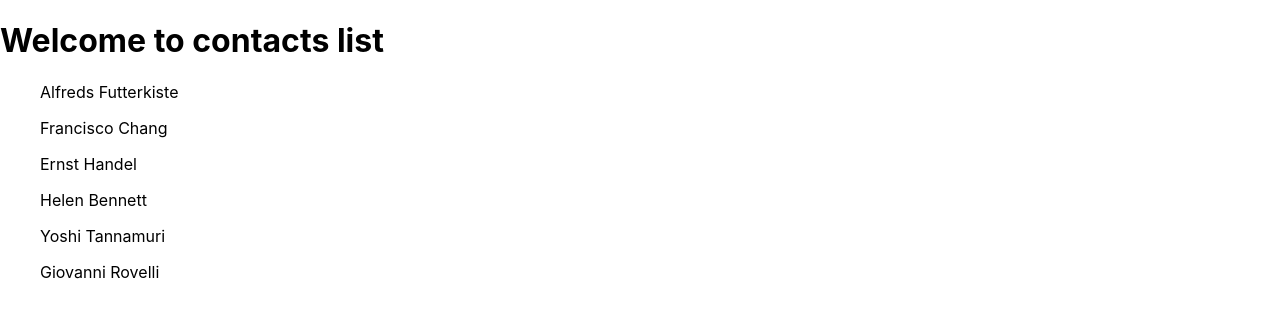
Repository: emorilebo/next-linkedin-training
Page: /contact
An editor plug-in stored every save of this project. The page is shown before and after the next save, followed by the edit.
The browser window is 1280 px wide. The pictures show the whole page.
The project was rebuilt for these pictures with package versions that can differ from the ones it lists, and the page was loaded fresh each time. The framework's server and built-in components were replaced by stand-ins that run in the browser. Also part of the build but not shown: next.config.js.

Above is the page before, as saved 2022-12-26 07:59:04.

### pages/contact/index.js
import Link from "next/link";
import React from "react";
import contacts from "../api/contacts";

export default function ContactsList() {
  return (
    <div>
      <h1>Welcome to contacts list</h1>
      <ul>
        {contacts.map((contact) => (
          <Link href="/contact/alfreds-futterkiste">
            <p>{contact.name}</p>
          </Link>
        ))}
      </ul>
    </div>
  );
}

### pages/api/contacts.js
export default [
    {
        id: 'alfreds-futterkiste',
        name:'Alfreds Futterkiste',
        country: 'Germany'
    },
    {
        id: 'francisco-chang',
        name:'Francisco Chang',
        country: 'Mexico'
    },
    {
        id: 'ernst-handel',
        name:'Ernst Handel',
        country: 'Austria'
    },
    {
        id: 'helen-bennett',
        name:'Helen Bennett',
        country: 'UK'
    },
    {
        id: 'yoshi-tannamuri',
        name:'Yoshi Tannamuri',
        country: 'Canada'
    },
    {
        id: 'giovanni-rovelli',
        name:'Giovanni Rovelli',
        country: 'Italy'
    }
]

Loaded but not shown: pages/_app.js (common file); styles/globals.css (common file)

After the next save:
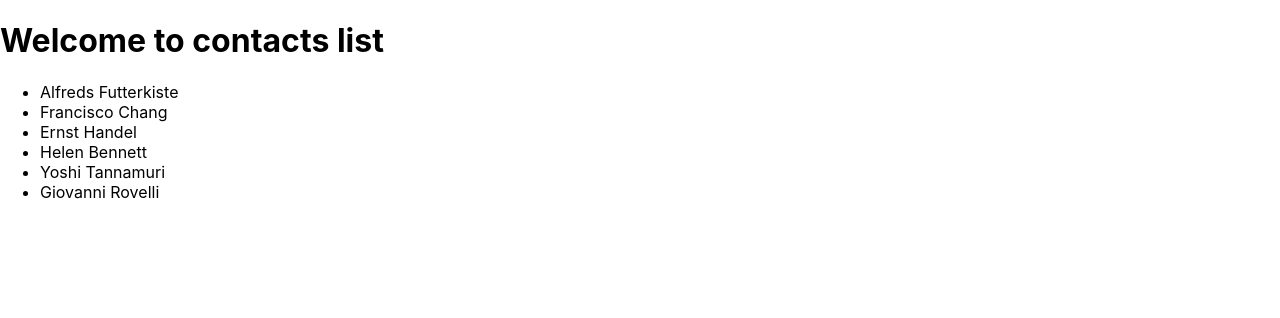
Saved 10 s later.
--- a/pages/contact/index.js
+++ b/pages/contact/index.js
@@ -9,7 +9,7 @@ export default function ContactsList() {
       <ul>
         {contacts.map((contact) => (
           <Link href="/contact/alfreds-futterkiste">
-            <p>{contact.name}</p>
+            <li>{contact.name}</li>
           </Link>
         ))}
       </ul>
